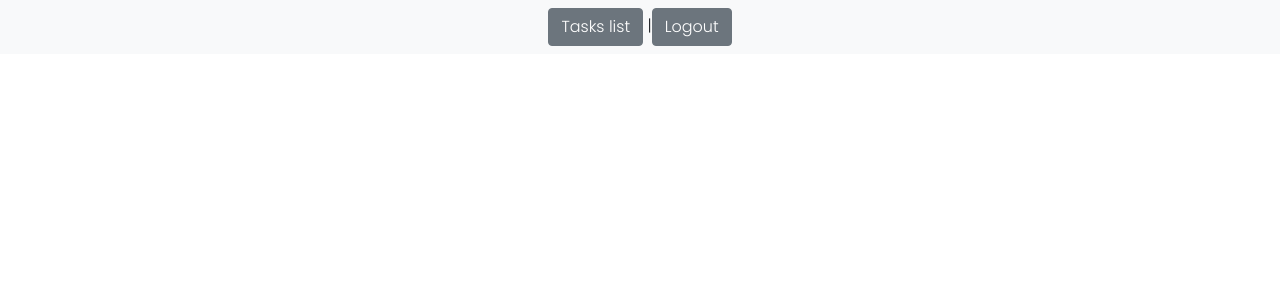
Repository: FS-23/react-task-manager
Page: /
The author's editor kept a copy of each file at every save. The page is drawn from the files as they stood at one save, then again after the next save.
The browser window is 1280 px wide. The pictures show the whole page.
The project was rebuilt for these pictures with package versions that can differ from the ones it lists, and the page was loaded fresh each time. Also part of the build but not shown: src/components/Login.js, src/firebase-config.js, src/components/TaskList.js, src/components/AddTask.js, src/components/TaskDetail.js.

Above is the page before, as saved 2022-05-13 14:59:44.

After the next save:
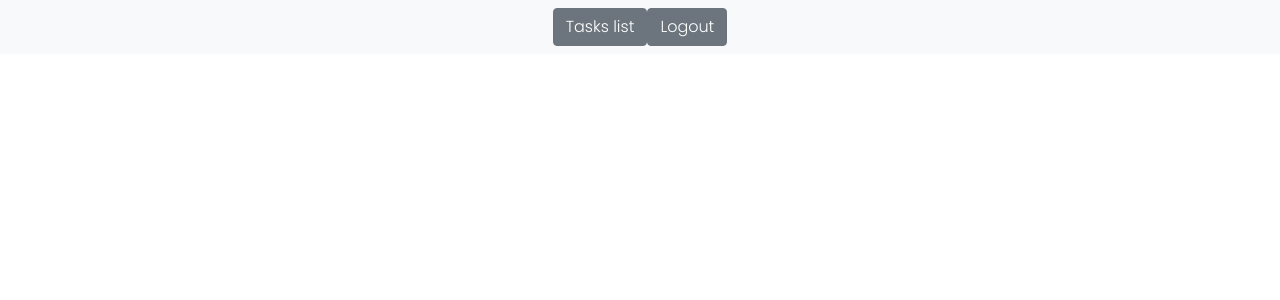
Saved 6 s later.
--- a/src/components/Layout.js
+++ b/src/components/Layout.js
@@ -4,7 +4,7 @@ function Layout(){
     return (
         <div>
             <div className="text-center bg-light p-2">
-                <Link className="btn btn-secondary" to="/tasks/list">Tasks list</Link> |
+                <Link className="btn btn-secondary" to="/tasks/list">Tasks list</Link>
                 <Link className="btn btn-secondary" to="/login">Logout</Link>
             </div>
             <Outlet />
